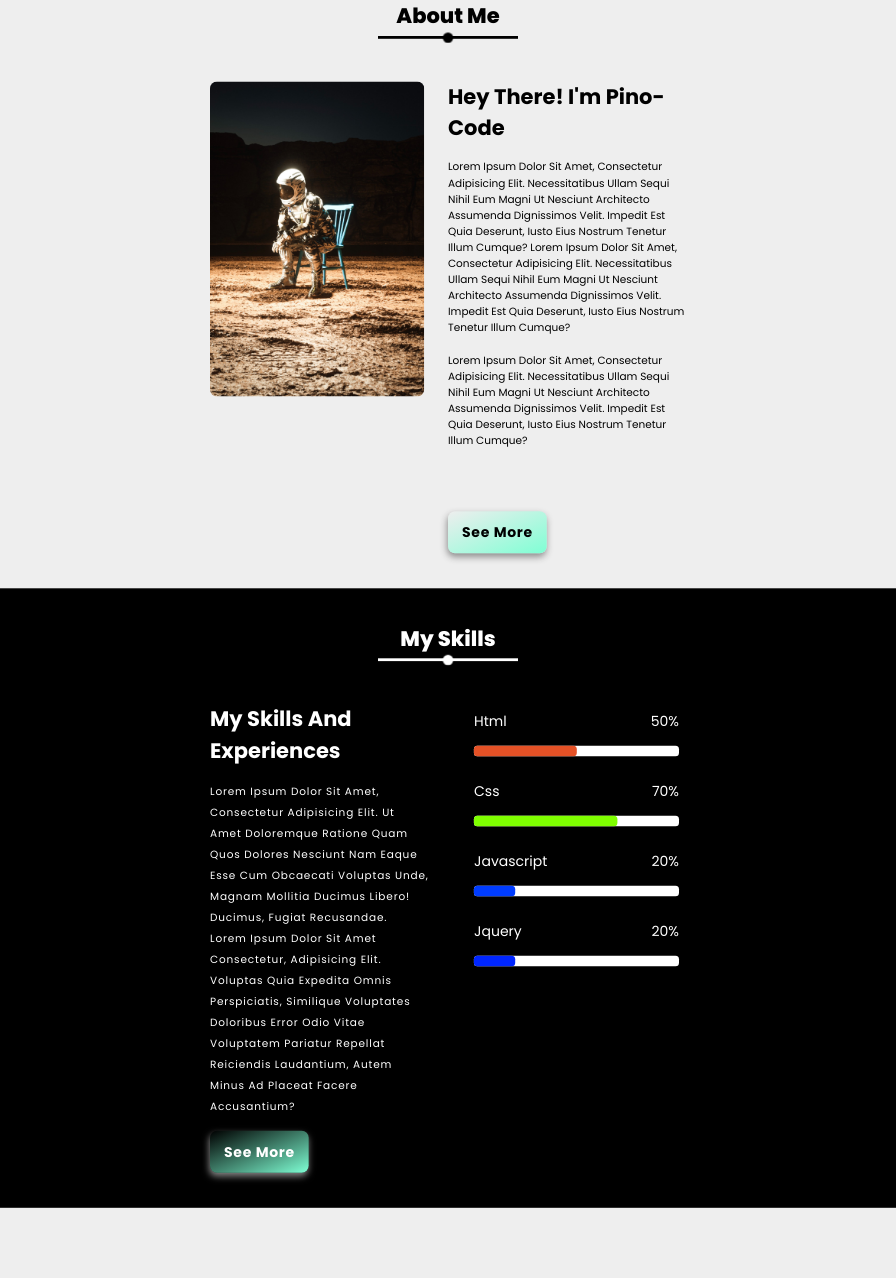
Repository: Pinocoding/New
Page: index.html
The author's editor kept a copy of each file at every save. The page is drawn from the files as they stood at one save, then again after the next save.
The browser window is 1280 px wide. The pictures show the part of the page from y = 769 to 2689 px (the page is 2594 px tall before and 2689 px after), at 70% of full size.
Backgrounds fixed to the window are drawn as part of the page.

Above is the page before, as saved 2021-10-13 22:58:48.

After the next save:
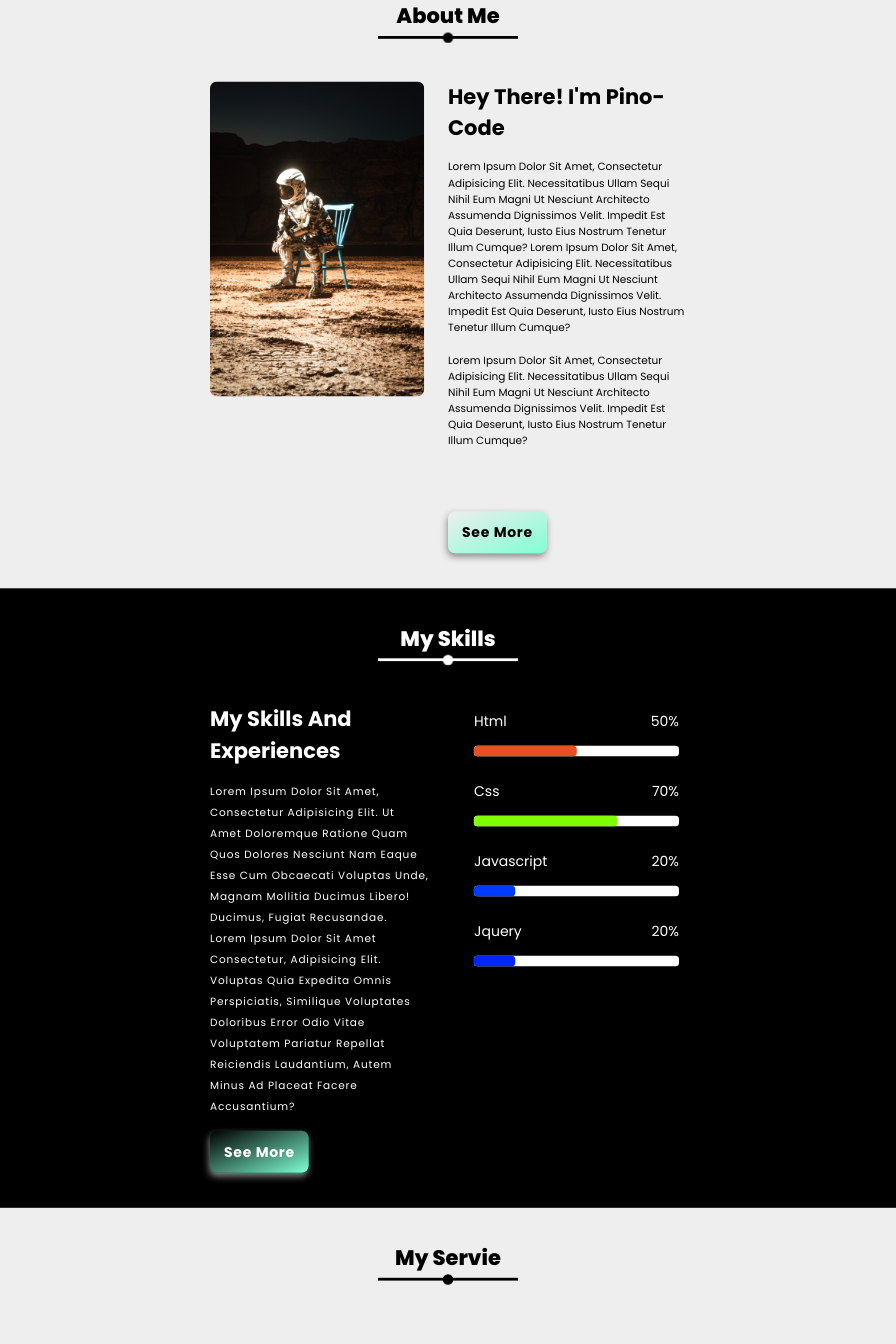
Saved 4 min 27 s later.
--- a/index.html
+++ b/index.html
@@ -128,6 +128,11 @@
     <!--  -->
     <!-- section services -->
 <section class="services" id="services">
+  <div class="title">
+    <h2 class="section-title">
+      my servie
+    </h2>
+  </div>
 
 
 </section>
